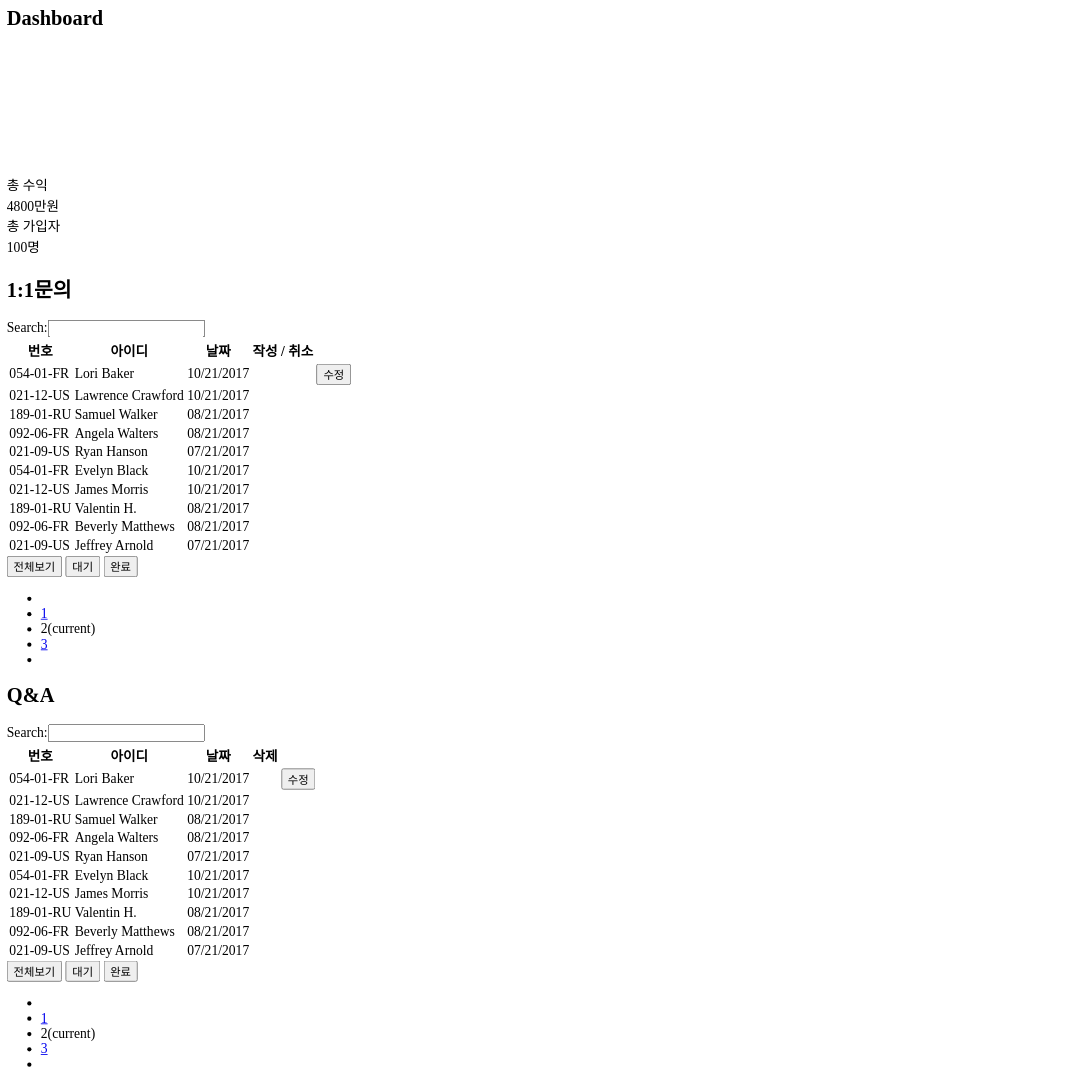
Repository: sjhello/Kitri_SpringProject
Page: http://localhost/SpringProject/WEB-INF/views/admin/admin.jsp
The author's editor kept a copy of each file at every save. The page is drawn from the files as they stood at one save, then again after the next save.
The browser window is 1280 px wide. The pictures show the whole page, at 85% of full size.
The page is served by Tomcat 9. Nobody is signed in. Other server files are loaded and not shown. The template is opened directly, without the code that normally fills it, so the values that code supplies are empty.

Above is the page before, as saved 2018-12-05 01:32:41.
Console error: ReferenceError: jQuery is not defined

### SpringProject/src/main/webapp/WEB-INF/views/admin/admin.jsp
<%@ page language="java" contentType="text/html; charset=UTF-8"
    pageEncoding="UTF-8"%>
<div class="container-fluid">
<!-- Begin Page Header-->
<div class="row">
    <div class="page-header">
     <div class="d-flex align-items-center">
         <h2 class="page-header-title">Dashboard</h2>
     </div>
    </div>
</div>

<div class="row flex-row">
    <div class="col-xl-12 col-md-6">
        <!-- Begin Widget 09 -->
        <div class="widget widget-09 has-shadow">
            <!-- Begin Widget Header -->
            <div class="widget-header d-flex align-items-center">
            </div>
            <!-- End Widget Header -->
            <!-- Begin Widget Body -->
            <div class="widget-body">
                <div class="row">
                    <div class="col-xl-10 col-12 no-padding">
                        <div>
                            <canvas id="orders"></canvas>
                        </div>
                    </div>
                    <div class="col-xl-2 col-12 d-flex flex-column my-auto no-padding text-center">
                        <div class="some-stats mt-5">
                            <div class="title">총 수익</div>
                            <div class="number text-blue">4800만원</div>
                        </div>
                        <div class="some-stats mt-3">
                            <div class="title">총 가입자</div>
                            <div class="number text-blue">100명</div>
                        </div>
                    </div>
                </div>
            </div>
        </div>
        <!-- End Widget 09 -->
    </div>
</div>
<div class="row flex-row">
    <div class="col-xl-12">
        <!-- Begin Widget 07 -->
        <div class="widget widget-07 has-shadow">
            <!-- Begin Widget Header -->
            <div class="widget-header bordered d-flex align-items-center">
                <h2>1:1문의</h2>
                <div class="row">
					<div class="col-sm-12 col-md-12 left">
						<div id="sorting-table_filter" class="dataTables_filter">
							<label>Search:<input type="search" class="form-control form-control-sm" placeholder="" aria-controls="sorting-table"></label>
						</div>
					</div>
				</div>
            </div>
            <!-- End Widget Header -->
            <!-- Begin Widget Body -->
            <div class="widget-body">
                <div class="table-responsive table-scroll padding-right-10" style="max-height:520px;">
                    <table class="table table-hover mb-0">
                        <thead>
                            <tr>
                                <th>번호</th>
                                <th>아이디</th>
                                <th>날짜</th>
                                <th>작성 / 취소</th>
                                <th></th>
                            </tr>
                        </thead>
                        <tbody>
                            <tr>
                                <td><span class="text-primary">054-01-FR</span></td>
                                <td>Lori Baker</td>
                                <td>10/21/2017</td>
                                <td class="td-actions">
                                    <a href="adQa-Write11.do"><i class="la la-edit edit"></i></a>
                                    <a href="adQa-Delete11.do"><i class="la la-close delete"></i></a>
                                </td>
                                <td>
                                	<a href="adQa-Update11.do"><button type="button" class="btn btn-danger ripple mr-1 mb-2">수정</button></a>
                                </td>
                            </tr>
                            <tr>
                                <td><span class="text-primary">021-12-US</span></td>
                                <td>Lawrence Crawford</td>
                                <td>10/21/2017</td>
                                <td class="td-actions">
                                    <a href="#"><i class="la la-edit edit"></i></a>
                                    <a href="#"><i class="la la-close delete"></i></a>
                                </td>
                                <td></td>
                            </tr>
                            <tr>
                                <td><span class="text-primary">189-01-RU</span></td>
                                <td>Samuel Walker</td>
                                <td>08/21/2017</td>
                                <td class="td-actions">
                                    <a href="#"><i class="la la-edit edit"></i></a>
                                    <a href="#"><i class="la la-close delete"></i></a>
                                </td>
                                <td></td>
                            </tr>
                            <tr>
                                <td><span class="text-primary">092-06-FR</span></td>
                                <td>Angela Walters</td>
                                <td>08/21/2017</td>
                                <td class="td-actions">
                                    <a href="#"><i class="la la-edit edit"></i></a>
                                    <a href="#"><i class="la la-close delete"></i></a>
                                </td>
                                <td></td>
                            </tr>
                            <tr>
                                <td><span class="text-primary">021-09-US</span></td>
                                <td>Ryan Hanson</td>
                                <td>07/21/2017</td>
                                <td class="td-actions">
                                    <a href="#"><i class="la la-edit edit"></i></a>
                                    <a href="#"><i class="la la-close delete"></i></a>
                                </td>
                                <td></td>
                            </tr>
                            <tr>
                                <td><span class="text-primary">054-01-FR</span></td>
                                <td>Evelyn Black</td>
                                <td>10/21/2017</td>
                                <td class="td-actions">
                                    <a href="#"><i class="la la-edit edit"></i></a>
                                    <a href="#"><i class="la la-close delete"></i></a>
                                </td>
                                <td></td>
                            </tr>
                            <tr>
                                <td><span class="text-primary">021-12-US</span></td>
                                <td>James Morris</td>
                                <td>10/21/2017</td>
                                <td class="td-actions">
                                    <a href="#"><i class="la la-edit edit"></i></a>
                                    <a href="#"><i class="la la-close delete"></i></a>
                                </td>
                                <td></td>
                            </tr>
                            <tr>
                                <td><span class="text-primary">189-01-RU</span></td>
                                <td>Valentin H.</td>
                                <td>08/21/2017</td>
                                <td class="td-actions">
                                    <a href="#"><i class="la la-edit edit"></i></a>
                                    <a href="#"><i class="la la-close delete"></i></a>
                                </td>
                                <td></td>
                            </tr>
                            <tr>
                                <td><span class="text-primary">092-06-FR</span></td>
                                <td>Beverly Matthews</td>
                                <td>08/21/2017</td>
                                <td class="td-actions">
                                    <a href="#"><i class="la la-edit edit"></i></a>
                                    <a href="#"><i class="la la-close delete"></i></a>
                                </td>
                                <td></td>
                            </tr>
                            <tr>
                                <td><span class="text-primary">021-09-US</span></td>
                                <td>Jeffrey Arnold</td>
                                <td>07/21/2017</td>
                                <td class="td-actions">
                                    <a href="#"><i class="la la-edit edit"></i></a>
                                    <a href="#"><i class="la la-close delete"></i></a>
                                </td>
                                <td></td>
                            </tr>
                        </tbody>
                    </table>
                </div>
            </div>
            <!-- End Widget Body -->
            <!-- Begin Widget Footer -->
            <div class="widget-footer d-flex align-items-center">
                <div class="mr-auto p-2">
                    <span class="display-items">
                    	<button type="button" class="btn btn-secondary btn-square mr-1 mb-2">전체보기</button>
                    	<button type="button" class="btn btn-danger btn-square mr-1 mb-2">대기</button>
                    	<button type="button" class="btn btn-success btn-square mr-1 mb-2">완료</button>
                    </span>
                </div>
                <div class="p-2">
                    <nav aria-label="...">
                        <ul class="pagination justify-content-end">
                            <li class="page-item disabled">
                                <span class="page-link"><i class="ion-chevron-left"></i></span>
                            </li>
                            <li class="page-item"><a class="page-link" href="#">1</a></li>
                            <li class="page-item active">
                                <span class="page-link">2<span class="sr-only">(current)</span></span>
                            </li>
                            <li class="page-item"><a class="page-link" href="#">3</a></li>
                            <li class="page-item">
                                <a class="page-link" href="#"><i class="ion-chevron-right"></i></a>
                            </li>
                        </ul>
                    </nav>
                </div>
            </div>
            <!-- End Widget Footer -->
        </div>
        <!-- End Widget 07 -->
    </div>
</div>
<div class="row flex-row">
    <div class="col-xl-12">
        <!-- Begin Widget 07 -->
        <div class="widget widget-07 has-shadow">
            <!-- Begin Widget Header -->
            <div class="widget-header bordered d-flex align-items-center">
                <h2>Q&A</h2>
                <div class="row">
					<div class="col-sm-12 col-md-12 left">
						<div id="sorting-table_filter" class="dataTables_filter">
							<label>Search:<input type="search" class="form-control form-control-sm" placeholder="" aria-controls="sorting-table"></label>
						</div>
					</div>
				</div>
            </div>
            <!-- End Widget Header -->
            <!-- Begin Widget Body -->
            <div class="widget-body">
                <div class="table-responsive table-scroll padding-right-10" style="max-height:520px;">
                    <table class="table table-hover mb-0">
                        <thead>
                            <tr>
                                <th>번호</th>
                                <th>아이디</th>
                                <th>날짜</th>
                                <th>삭제</th>
                                <th></th>
                            </tr>
                        </thead>
                        <tbody>
                            <tr>
                                <td><span class="text-primary">054-01-FR</span></td>
                                <td>Lori Baker</td>
                                <td>10/21/2017</td>
                                <td class="td-actions">
                                    <a href="adQa-Delete.do"><i class="la la-close delete"></i></a>
                                </td>
                                <td>
                                	<a href="adQa-Update.do"><button type="button" class="btn btn-danger ripple mr-1 mb-2">수정</button></a>
                                </td>
                            </tr>
                            <tr>
                                <td><span class="text-primary">021-12-US</span></td>
                                <td>Lawrence Crawford</td>
                                <td>10/21/2017</td>
                                <td class="td-actions">
                                    <a href="#"><i class="la la-close delete"></i></a>
                                </td>
                                <td></td>
                            </tr>
                            <tr>
                                <td><span class="text-primary">189-01-RU</span></td>
                                <td>Samuel Walker</td>
                                <td>08/21/2017</td>
                                <td class="td-actions">
                                    <a href="#"><i class="la la-close delete"></i></a>
                                </td>
                                <td></td>
                            </tr>
                            <tr>
                                <td><span class="text-primary">092-06-FR</span></td>
                                <td>Angela Walters</td>
                                <td>08/21/2017</td>
                                <td class="td-actions">
                                    <a href="#"><i class="la la-close delete"></i></a>
                                </td>
                                <td></td>
                            </tr>
                            <tr>
                                <td><span class="text-primary">021-09-US</span></td>
                                <td>Ryan Hanson</td>
                                <td>07/21/2017</td>
                                <td class="td-actions">
                                    <a href="#"><i class="la la-close delete"></i></a>
                                </td>
                                <td></td>
                            </tr>
                            <tr>
                                <td><span class="text-primary">054-01-FR</span></td>
                                <td>Evelyn Black</td>
                                <td>10/21/2017</td>
                                <td class="td-actions">
                                    <a href="#"><i class="la la-close delete"></i></a>
                                </td>
                                <td></td>
                            </tr>
                            <tr>
                                <td><span class="text-primary">021-12-US</span></td>
                                <td>James Morris</td>
                                <td>10/21/2017</td>
                                <td class="td-actions">
                                    <a href="#"><i class="la la-close delete"></i></a>
                                </td>
                                <td></td>
                            </tr>
                            <tr>
                                <td><span class="text-primary">189-01-RU</span></td>
                                <td>Valentin H.</td>
                                <td>08/21/2017</td>
                                <td class="td-actions">
                                    <a href="#"><i class="la la-close delete"></i></a>
                                </td>
                                <td></td>
                            </tr>
                            <tr>
                                <td><span class="text-primary">092-06-FR</span></td>
                                <td>Beverly Matthews</td>
                                <td>08/21/2017</td>
                                <td class="td-actions">
                                    <a href="#"><i class="la la-close delete"></i></a>
                                </td>
                                <td></td>
                            </tr>
                            <tr>
                                <td><span class="text-primary">021-09-US</span></td>
                                <td>Jeffrey Arnold</td>
                                <td>07/21/2017</td>
                                <td class="td-actions">
                                    <a href="#"><i class="la la-close delete"></i></a>
                                </td>
                                <td></td>
                            </tr>
                        </tbody>
                    </table>
                </div>
            </div>
            <!-- End Widget Body -->
            <!-- Begin Widget Footer -->
            <div class="widget-footer d-flex align-items-center">
                <div class="mr-auto p-2">
                    <span class="display-items">
                    	<button type="button" class="btn btn-secondary btn-square mr-1 mb-2">전체보기</button>
                    	<button type="button" class="btn btn-danger btn-square mr-1 mb-2">대기</button>
                    	<button type="button" class="btn btn-success btn-square mr-1 mb-2">완료</button>
                    </span>
                </div>
                <div class="p-2">
                    <nav aria-label="...">
                        <ul class="pagination justify-content-end">
                            <li class="page-item disabled">
                                <span class="page-link"><i class="ion-chevron-left"></i></span>
                            </li>
                            <li class="page-item"><a class="page-link" href="#">1</a></li>
                            <li class="page-item active">
                                <span class="page-link">2<span class="sr-only">(current)</span></span>
                            </li>
                            <li class="page-item"><a class="page-link" href="#">3</a></li>
                            <li class="page-item">
                                <a class="page-link" href="#"><i class="ion-chevron-right"></i></a>
                            </li>
                        </ul>
                    </nav>
                </div>
            </div>
            <!-- End Widget Footer -->
        </div>
        <!-- End Widget 07 -->
    </div>
</div>
</div>
<script src="assets/js/dashboard/db-default.js"></script>

Loaded but not shown: SpringProject/src/main/webapp/resources/assets/js/dashboard/db-default.js (410 lines, source omitted)

After the next save:
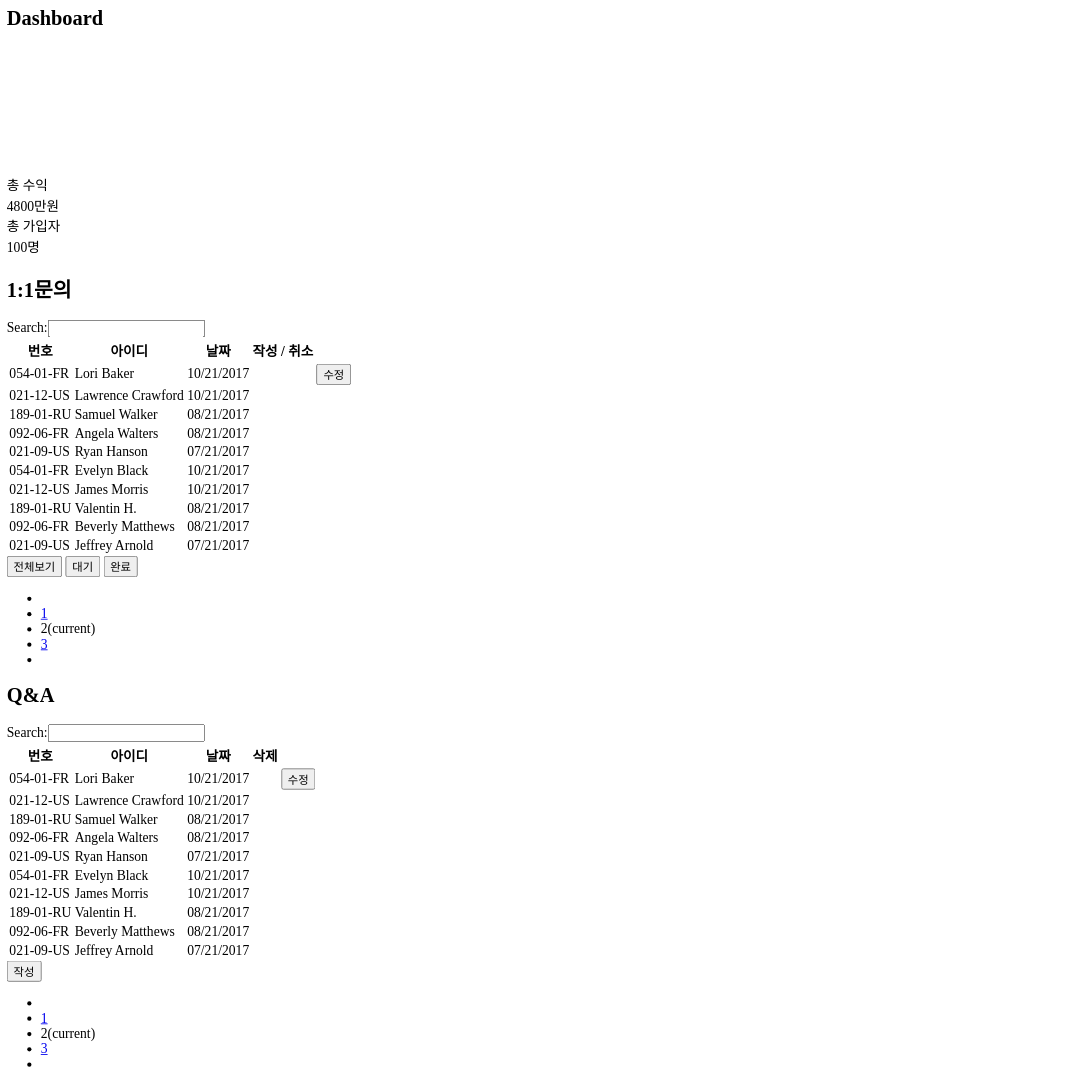
Saved 14 s later.
--- a/SpringProject/src/main/webapp/WEB-INF/views/admin/admin.jsp
+++ b/SpringProject/src/main/webapp/WEB-INF/views/admin/admin.jsp
@@ -342,9 +342,7 @@
             <div class="widget-footer d-flex align-items-center">
                 <div class="mr-auto p-2">
                     <span class="display-items">
-                    	<button type="button" class="btn btn-secondary btn-square mr-1 mb-2">전체보기</button>
-                    	<button type="button" class="btn btn-danger btn-square mr-1 mb-2">대기</button>
-                    	<button type="button" class="btn btn-success btn-square mr-1 mb-2">완료</button>
+                    	<button type="button" class="btn btn-success btn-square mr-1 mb-2">작성</button>
                     </span>
                 </div>
                 <div class="p-2">
